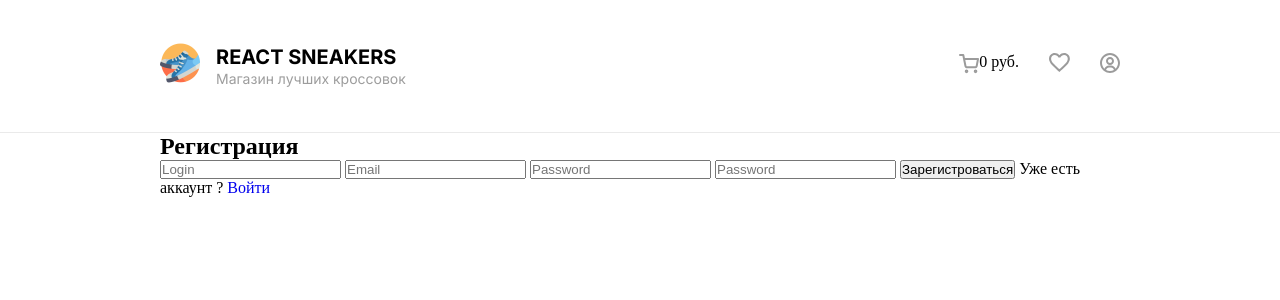
Repository: maxbirimkulov/sneakers20
Page: src/pages/register.html
The author's editor kept a copy of each file at every save. The page is drawn from the files as they stood at one save, then again after the next save.
The browser window is 1280 px wide. The pictures show the whole page.
The style sheet was rebuilt from its Sass, Less or Tailwind sources for each picture, by a compiler version that may differ from the author's.

Above is the page before, as saved 2022-11-12 20:40:21.

### src/pages/register.html
<!DOCTYPE html>
<html lang="en">
  <head>
    <meta charset="UTF-8" />
    <meta
      name="viewport"
      content="width=device-width, user-scalable=no, initial-scale=1.0, maximum-scale=1.0, minimum-scale=1.0"
    />
    <meta http-equiv="X-UA-Compatible" content="ie=edge" />
    <title>Document</title>
    <link rel="stylesheet" href="../css/style.css" />
  </head>
  <body>
    <div class="floor">
      <header class="header">
        <div class="container">
          <nav class="header__nav">
            <div class="header__logo">
              <img
                src="../images/mainLogo.png"
                alt="Logo"
                class="header__logo-img"
              />
              <div class="header__logo-text">
                <h1 class="header__logo-title">
                  <a href="../../index.html" class="header__logo-title-link"
                    >react sneakers</a
                  >
                </h1>
                <p class="header__logo-subtitle">
                  <a href="../../index.html" class="header__logo-subtitle"
                    >Магазин лучших кроссовок</a
                  >
                </p>
              </div>
            </div>
            <div class="header__links">
              <p class="header__links-basket">
                <span class="header__links-basket-logo"
                  ><svg
                    width="20"
                    height="20"
                    viewBox="0 0 20 20"
                    fill="none"
                    xmlns="http://www.w3.org/2000/svg"
                  >
                    <path
                      d="M7.54548 18.1818C7.99735 18.1818 8.36366 17.8155 8.36366 17.3636C8.36366 16.9118 7.99735 16.5455 7.54548 16.5455C7.09361 16.5455 6.72729 16.9118 6.72729 17.3636C6.72729 17.8155 7.09361 18.1818 7.54548 18.1818Z"
                      stroke="#9B9B9B"
                      stroke-width="2"
                      stroke-linecap="round"
                      stroke-linejoin="round"
                    />
                    <path
                      d="M16.5455 18.1818C16.9973 18.1818 17.3637 17.8155 17.3637 17.3636C17.3637 16.9118 16.9973 16.5455 16.5455 16.5455C16.0936 16.5455 15.7273 16.9118 15.7273 17.3636C15.7273 17.8155 16.0936 18.1818 16.5455 18.1818Z"
                      stroke="#9B9B9B"
                      stroke-width="2"
                      stroke-linecap="round"
                      stroke-linejoin="round"
                    />
                    <path
                      d="M1 1H4.27273L6.46545 11.9555C6.54027 12.3321 6.7452 12.6705 7.04436 12.9113C7.34351 13.1522 7.71784 13.2801 8.10182 13.2727H16.0545C16.4385 13.2801 16.8129 13.1522 17.112 12.9113C17.4112 12.6705 17.6161 12.3321 17.6909 11.9555L19 5.09091H5.09091"
                      stroke="#9B9B9B"
                      stroke-width="2"
                      stroke-linecap="round"
                      stroke-linejoin="round"
                    />
                  </svg>
                </span>
              </p>

              <p class="header__links-basket-text">
                <span class="total">0</span> руб.
              </p>
              <a
                href="./src/pages/favorites.html"
                class="header__links-favorites"
                ><span class="header__links-favorites-logo"
                  ><svg
                    width="21"
                    height="19"
                    viewBox="0 0 21 19"
                    fill="none"
                    xmlns="http://www.w3.org/2000/svg"
                  >
                    <path
                      d="M15.1003 0C16.7293 0 18.0976 0.54932 19.2052 1.64796C20.3129 2.7466 20.8668 4.08759 20.8668 5.67092C20.8668 6.44643 20.7039 7.23002 20.3781 8.02169C20.0523 8.81335 19.6939 9.51616 19.303 10.1301C18.912 10.744 18.2523 11.5357 17.3238 12.5051C16.3953 13.4745 15.6134 14.2581 14.9781 14.8559C14.3428 15.4537 13.3248 16.3665 11.9239 17.5944L10.4089 18.9515L8.89403 17.6429C7.52572 16.3827 6.51577 15.4537 5.8642 14.8559C5.21262 14.2581 4.42258 13.4745 3.49408 12.5051C2.56559 11.5357 1.90586 10.744 1.51492 10.1301C1.12397 9.51616 0.773748 8.81335 0.464249 8.02169C0.15475 7.23002 0 6.44643 0 5.67092C0 4.08759 0.553841 2.7466 1.66152 1.64796C2.7692 0.54932 4.12123 0 5.71759 0C7.60717 0 9.17095 0.727041 10.4089 2.18112C11.6469 0.727041 13.2107 0 15.1003 0ZM10.5067 16.0918C12.1031 14.6701 13.2677 13.6118 14.0008 12.9171C14.7338 12.2224 15.5401 11.3903 16.4198 10.4209C17.2994 9.45153 17.9102 8.60332 18.2523 7.87628C18.5944 7.14924 18.7654 6.41412 18.7654 5.67092C18.7654 4.63691 18.4152 3.78061 17.7148 3.10204C17.0143 2.42347 16.1428 2.08418 15.1003 2.08418C14.3184 2.08418 13.5772 2.31037 12.8768 2.76276C12.1764 3.21514 11.6795 3.79677 11.3863 4.50765H9.43158C9.17095 3.79677 8.69041 3.21514 7.98997 2.76276C7.28952 2.31037 6.53206 2.08418 5.71759 2.08418C4.67507 2.08418 3.81173 2.42347 3.12757 3.10204C2.44342 3.78061 2.10134 4.63691 2.10134 5.67092C2.10134 6.41412 2.26423 7.14924 2.59002 7.87628C2.91581 8.60332 3.52666 9.45153 4.42258 10.4209C5.3185 11.3903 6.13297 12.2224 6.866 12.9171C7.59902 13.6118 8.74743 14.6701 10.3112 16.0918L10.4089 16.1888L10.5067 16.0918Z"
                      fill="#9B9B9B"
                    />
                  </svg> </span
              ></a>
              <a href="" class="header__links-user"
                ><span class="header__links-user-logo"
                  ><svg
                    width="20"
                    height="20"
                    viewBox="0 0 20 20"
                    fill="none"
                    xmlns="http://www.w3.org/2000/svg"
                  >
                    <path
                      fill-rule="evenodd"
                      clip-rule="evenodd"
                      d="M0 10C0 4.579 4.579 0 10 0C15.421 0 20 4.579 20 10C20 13.19 18.408 16.078 16 17.924V18H15.898C14.23 19.245 12.187 20 10 20C7.813 20 5.77 19.245 4.102 18H4V17.924C1.592 16.078 0 13.189 0 10ZM7.12347 15.236C6.59154 15.6639 6.22136 16.2604 6.074 16.927C7.242 17.604 8.584 18 10 18C11.416 18 12.758 17.604 13.926 16.927C13.7785 16.2605 13.4082 15.6641 12.8764 15.2362C12.3445 14.8083 11.6827 14.5744 11 14.573H9C8.3173 14.5742 7.6554 14.808 7.12347 15.236ZM13.7677 13.4117C14.5877 13.9574 15.2286 14.7329 15.61 15.641C17.077 14.182 18 12.176 18 10C18 5.663 14.337 2 10 2C5.663 2 2 5.663 2 10C2 12.176 2.923 14.182 4.39 15.641C4.77144 14.7329 5.41227 13.9574 6.23227 13.4117C7.05227 12.866 8.01501 12.5742 9 12.573H11C11.985 12.5742 12.9477 12.866 13.7677 13.4117ZM6 8C6 5.72 7.72 4 10 4C12.28 4 14 5.72 14 8C14 10.28 12.28 12 10 12C7.72 12 6 10.28 6 8ZM8 8C8 9.178 8.822 10 10 10C11.178 10 12 9.178 12 8C12 6.822 11.178 6 10 6C8.822 6 8 6.822 8 8Z"
                      fill="#9B9B9B"
                    />
                  </svg> </span
              ></a>
            </div>
          </nav>
        </div>
      </header>
      <div class="container">
        <form class="register">
          <h2 class="register__title">Регистрация</h2>
          <input class="register__input" type="text" placeholder="Login" />
          <input class="register__input" type="email" placeholder="Email" />
          <input
            class="register__input"
            type="password"
            placeholder="Password"
          />
          <input
            class="register__input"
            type="password"
            placeholder="Password"
          />
          <button type="submit" class="register__btn">Зарегистроваться</button>
          <span>Уже есть аккаунт ? <a href="./login.html">Войти</a></span>
        </form>
      </div>
    </div>

    <script type="module" src="../js/register.js"></script>
  </body>
</html>

### src/js/register.js
import {changeUser, getUserFromLocalStorage} from './user.js'

getUserFromLocalStorage()


let formRegister = document.querySelector('.register')
formRegister.addEventListener('submit', (e) =>{
    e.preventDefault()

    let userData = {
        login:e.target[0].value,
        email:e.target[1].value,
        password:e.target[2].value
    }

    fetch('http://localhost:8080/register', {
        method: "POST",
        headers: {
            'Content-Type':  'application/json'
        },
        body: JSON.stringify(userData)
    }).then((res) => res.json())
        .then((res) => {
            changeUser({
                ...res.user,
                token: res.accessToken
            })
        })
        .catch((err) => console.log(err))

})

### src/js/user.js



export let user = {
    login : "",
    email : ""
}

export const getUserFromLocalStorage = () => {
    if (localStorage.getItem('user') !== null){
        user = JSON.parse(localStorage.getItem('user'))
    }
}


export const changeUser = (data) => {
    user = {...data}
    localStorage.setItem('user', JSON.stringify(user))
    location.href = 'http://localhost:63342/new%20project/index.html'
}

### src/css/style.scss
@import url('https://fonts.googleapis.com/css2?family=DM+Sans:wght@700&family=Inter:wght@400;500;600;700&display=swap');

* {
  margin: 0;
  padding: 0;
  box-sizing: border-box;
  text-decoration: none;
  list-style-type: none;
  transition: 0.3s;
}
.container {
  max-width: 1050px;
  padding: 0 45px;
  margin: 0 auto;
}
$int: 'inter', sans-serif;

@mixin text($ff, $fs, $fw, $fz, $lh, $col) {
  font-family: $ff;
  font-style: $fs;
  font-weight: $fw;
  font-size: $fz;
  @if $lh > 0 {
    line-height: $lh;
  }
  color: $col;
}
body,
.floor {
  background-color: #fff;
}
@import '_header.scss';
@import '_main.scss';
@import '_assort.scss';
@import '_basketPopup.scss';
@import '_card.scss';
@import '_basket.scss';
@import '_favorites.scss';
@import '_basketNone.scss';
@import '_register';

### src/css/_header.scss
.header {
  padding: 43px 0 45px;
  &__nav {
    display: flex;
    justify-content: space-between;
    align-items: center;
  }
  &__logo {
    display: flex;
    &-img {
      width: 40px;
      height: 40px;
    }
    &-text {
      margin-left: 16px;
    }
    &-title {
      &-link {
        @include text($int, normal, 700px, 20px, 0, #000000);
        text-transform: uppercase;
      }
    }
    &-subtitle {
      @include text($int, normal, 400, 14px, 0, #9d9d9d);
    }
  }
  &__links {
    display: flex;
    &-basket {
      display: flex;
      gap: 6px;
      align-items: center;
      @include text($int, normal, 600, 14px, 0, #5c5c5c);
      margin-left: 10px;
      cursor: pointer;
    }
    &-favorites {
      margin: 0 30px;
    }
  }
  border-bottom: 1px solid #eaeaea;
}

### src/css/_main.scss
.swiper {
  width: 100%;
  height: 100%;
}

.swiper-slide {
  display: -webkit-box;
  display: -ms-flexbox;
  display: -webkit-flex;
  display: flex;
  -webkit-box-pack: center;
  -ms-flex-pack: center;
  -webkit-justify-content: center;
  justify-content: center;
  -webkit-box-align: center;
  -ms-flex-align: center;
  -webkit-align-items: center;
  align-items: center;
}

.swiper__icon{
  &-next{
    background-color: white;
    border-radius: 50%;
    cursor: pointer;
    position: absolute;
    right: 0;
    top: 50%;
    transform: translateY(-50%),;
    z-index: 2;
    padding: 8px 14px;
    display: flex;
    justify-content: center;
    align-items: center;
    transition: 0.2s;
    -webkit-box-shadow: 0px 0px 11px 5px rgba(0, 0, 0, 0.01);
    -moz-box-shadow: 0px 0px 11px 5px rgba(0, 0, 0, 0.01);
    box-shadow: 0px 0px 11px 5px rgba(0, 0, 0, 0.01);
    &:hover{
      transition: 0.2s;
      -webkit-box-shadow: 0px 0px 11px 5px rgba(0, 0, 0, 0.07);
      -moz-box-shadow: 0px 0px 11px 5px rgba(0, 0, 0, 0.07);
      box-shadow: 0px 0px 11px 5px rgba(0, 0, 0, 0.07);
    }
  }
  &-prev{
    background-color: white;
    border-radius: 50%;
    position: absolute;
    left: 0;
    top: 50%;
    cursor: pointer;
    transform:translateY(-50%) rotate(180deg);
    z-index: 2;
    padding: 8px 14px;
    display: flex;
    justify-content: center;
    align-items: center;
    transition: 0.2s;
    -webkit-box-shadow: 0px 0px 11px 5px rgba(0, 0, 0, 0.01);
    -moz-box-shadow: 0px 0px 11px 5px rgba(0, 0, 0, 0.01);
    box-shadow: 0px 0px 11px 5px rgba(0, 0, 0, 0.01);
    &:hover{
      transition: 0.2s;
      -webkit-box-shadow: 0px 0px 11px 5px rgba(0, 0, 0, 0.07);
      -moz-box-shadow: 0px 0px 11px 5px rgba(0, 0, 0, 0.07);
      box-shadow: 0px 0px 11px 5px rgba(0, 0, 0, 0.07);
    }
  }
}

.main{
  &__swipe{
    &-block{
      background-color: #F4EFE9;
      border-radius: 20px;
      max-height: 300px;
      display: flex;
      align-items: center;
      justify-content: space-between;
      width: 100%;
    }
    &-box{
      position: relative;
      padding: 16px 0 20px 51px;
      min-height: 300px;
      &-scn{
        margin: 0;
        padding: 0;
        max-width: 641.18px;
      }
      &-desc{
        @include text($int,normal,700,38px,46px,#8BB43C);
        margin: 32px 17.45px 10.45px 35px;
        &-black{
          color: black;
        }
      }
      &-btn{
        position: absolute;
        padding: 14px 60px;
        border-radius: 110px;
        @include text($int,normal,700px,16px, 0, white);
        text-transform: uppercase;
        background-color: #A5D364;
        bottom: 45px;
        left: 27%;
        transform: translate(-50%, -50);
        transition: 0.2s;
        &:hover{
          transition: 0.2s;
          transform: scale(1.1);
        }
      }
      &-img{
        width: 100%;
      }
    }
  }
}

### src/css/_assort.scss
.main__assort {
  &-topContent {
    display: flex;
    flex-wrap: wrap;
    justify-content: space-between;
    padding: 37px 0 36px;
    width: 100%;
  }
  &-filter {
    display: flex;
    justify-content: space-between;
    align-items: center;
    gap: 10px;
  }
  &-select {
    background: transparent;
    border: 1px solid #bdbdbd;
    border-radius: 8px;
    padding: 0 10px;
    height: 40px;
  }
  &-form {
    margin: 15px 0 0;
    display: flex;
    align-items: center;
    position: relative;
    &-input {
      border-radius: 10px;
      border: 1px solid #bdbdbd;
      outline: none;
      padding: 13px 40px 15px 46px;
      max-width: 250px;
      &::-webkit-input-placeholder {
        color: #c4c4c4;
      }
      &::-moz-placeholder {
        color: #c4c4c4;
      }
      &:-ms-input-placeholder {
        color: #c4c4c4;
      }
      &::-ms-input-placeholder {
        color: #c4c4c4;
      }
      &::placeholder {
        color: #c4c4c4;
      }
      &::-webkit-search-cancel-button {
        position: absolute;
        right: 18px;
        cursor: pointer;
        color: #5c5c5c;
      }
    }
    &-icon {
      position: absolute;
      left: 18px;
      top: 50%;
      transform: translateY(-50%);
    }
  }
  &-title {
    @include text($int, normal, 700, 32px, 0, black);
  }
  &-mainContent {
    min-height: 700px;
    position: relative;
    display: flex;
    justify-content: center;
    align-items: center;
    flex-wrap: wrap;
    gap: 40px;
    &-shoes {
      border: 1px solid #bdbdbd;
      border-radius: 40px;
      padding: 20px 29px 34px 30px;
      max-width: 210px;
    }
    &-favorites {
      display: inline-block;
      position: absolute;
      border: 1px solid #f8f8f8;
      border-radius: 7px;
      padding: 9.6px 9.07px 3.59px;
      cursor: pointer;
      &:hover {
        transform: scale(1.13);
        background-color: rgba(253, 239, 239, 0.87);
        transition: 0.2s;
      }
      &-active {
        display: none;
        position: absolute;
        background-color: #fef0f0;
        border: 1px solid transparent;
        border-radius: 7px;
        padding: 9.6px 9.07px 3.59px;
        cursor: pointer;
      }
    }
    &-product {
      &-desc {
        @include text($int, normal, 400, 14px, 17px, black);
      }
      &-pricesDesc {
        margin-top: 14px;
        display: flex;
        justify-content: space-between;
        align-items: center;
        &-price {
          @include text($int, normal, 500, 11px, 13px, #bdbdbd);
          text-transform: uppercase;
        }
        &-cost {
          @include text($int, normal, 700, 14px, 17px, black);
        }
        &-addBask {
          cursor: pointer;
          display: inline-block;
          padding: 5.33px 8.33px;
          border: 1px solid #f2f2f2;
          border-radius: 8px;
          transition: 0.2s;
          &:hover {
            transform: scale(1.13);
            background-color: rgba(253, 239, 239, 0.87);
            transition: 0.2s;
          }
          &-active {
            cursor: pointer;
            max-height: 32px;
            max-width: 32px;
            padding: 5.33px 8.33px;
            border: 1px solid white;
            border-radius: 8px;
            background: linear-gradient(180deg, #89f09c 0%, #3cc755 100%);
            transition: 0.2s;
            &:hover {
              transform: scale(1.13);
              transition: 0.2s;
            }
          }
        }
      }
    }
  }
}

### src/css/_basketPopup.scss
.basket {
  transform: translateX(100%);
  background: rgba(0, 00, 000, 0.4);
  height: 100vh;
  width: 100vw;
  z-index: 100;
  position: fixed;
  left: 0;
  top: 0;
  bottom: 0;
  &__cards {
    margin-top: 20px;
    max-height: 400px;
    overflow-y:  scroll;
    display: flex;
    gap: 20px;
    flex-wrap: wrap;
  }

  &__card {
    position: relative;  width: 100%;  height: 120px;  padding: 0 30px;    background: #FFFFFF;  border: 1px solid #F3F3F3;  border-radius: 20px;  &:hover {
    box-shadow: 0px 14px 30px 0px rgba(0, 0, 0, 0.05);  }
    &-img {
      position: absolute;    left: 20px;    top: 50%;    transform: translateY(-50%);    max-width: 80px;  }
    &__name {
      position: absolute;    width: 133px;    height: 36px;    overflow: hidden;    left: 120px;    top: 30px;    font-family: 'Inter', sans-serif;    font-style: normal;    font-weight: 400;    font-size: 14px;    line-height: 17px;    color: #000000;  }
    &__sum {
      position: absolute;    left: 120px;    bottom: 30px;    font-family: 'Inter', sans-serif;    font-style: normal;    font-weight: 700;    font-size: 14px;color: #000000;  }
    &__X {
      position: absolute;    right: 20px;    top: 50%;    transform: translateY(-50%);    max-width: 70px;    cursor: pointer;  }
  }
  &.show {
    transform: translateX(0%);
  }
  &__content {
    display: flex;
    flex-direction: column;
    justify-content: space-between;
    background: #fff;
    position: fixed;
    padding: 30px;
    height: 100vh;
    width: 385px;
    top: 0;
    right: 0;
  }
  &__title {
    @include text($int, normal, 700, 24px, 29px, #000000);
  }
  &__text {
    display: flex;
    justify-content: space-between;
    margin-bottom: 19px;
    &:last-of-type {
      margin-bottom: 24px;
    }
    &-desc {
      @include text($int, normal, 400, 16px, 19px, #000000);
    }
    &-sum {
      @include text($int, normal, 600, 16px, 19px, #000000);
    }
  }
  &__btn {
    @include text($int, normal, 600, 16px, 19px, #fff);
    padding: 12px 0;
    background: #9dd558;
    border-radius: 18px;
    border: 1px solid #9dd558;
    width: 100%;
  }
}

.name {
  font-size: 30px;
  color: red;
  text-align: center;
}

### src/css/_card.scss
.info {
  background: antiquewhite;
  padding: 40px 0;
  &__block {
    display: flex;
    flex-wrap: wrap;
    -moz-column-gap: 40px;
         column-gap: 40px;
    row-gap: 40px;
  }
  &__card {
    width: calc(25% - 30px);
    background: #ffffff;
    border: 1px solid #f3f3f3;
    border-radius: 40px;
    padding: 20px 40px;
    cursor: pointer;
    transition: 0.2s;
    &:hover {
      background: #ffffff;
      border: 1px solid #f8f8f8;
      box-shadow: 0 14px 30px rgba(0, 0, 0, 0.05);
      border-radius: 40px;
      transition: 0.2s;
      transform: scale(1.05);
    }
  }
  &__desc {
    @include text($int, normal, 400, 14px, 17px, #000);
    margin: 14px 0;
  }
  &__bottom {
    display: flex;
    justify-content: space-between;
  }
  &__sel {
    @include text($int, normal, 500, 11px, 13px, #bdbdbd);
    text-transform: uppercase;
  }
  &__sum {
    @include text($int, normal, 700, 14px, 17px, #000);
  }
}

### src/css/_basket.scss
.basket__main{
  &-topContent{
    padding: 42px 0 40px;
    &-nav{
      display: flex;
      align-items: center;
      gap: 21px;
    }
    &-title{
      @include text($int, normal, 700, 32px, 0, black)
    }
    &-link{
      padding: 8px 14px;
      max-width: 35px;
      max-height: 35px;
      display: flex;
      justify-content: center;
      align-items: center;
      border: 1px solid #F2F2F2;
      border-radius: 8px;
    }
  }
  &-mainContent{
    &-assort{
      display: flex;
      flex-wrap: wrap;
      gap: 40px;
    }
  }
}

### src/css/_favorites.scss
.main__assort-mainContent-favorites{
  &-off{
    display: none;
  }
  &-on{
    display: inline-block;
  }
}

### src/css/_basketNone.scss
.basketNone__main {
  display: flex;
  justify-content: center;
  align-items: center;
  padding: 240px 0;
  &-none {
    display: flex;
    flex-wrap: wrap;
    justify-content: center;
    align-items: center;
    max-width: 280px;
    &-text{
      text-align: center;
    }
    &-title {
      margin-top: 24px;
      text-align: center;
      @include text($int, normal, 600, 24px, 0, black);
    }

    &-desc {
      text-align: center;
      margin: 11px 0 41px;
      @include text($int, normal, 400, 16px, 24px, black);
    }

    &-link {
      padding: 17px 40px 19px;
      background-color: #9DD458;
      border-radius: 18px;
      @include text($int, normal, 400, 16px, 0, white);

      &-icon {
        margin-right: 17px;

      }
    }
  }
}

Loaded but not shown: src/css/_register.scss (no stored copy; drawn as an empty file)

After the next save:
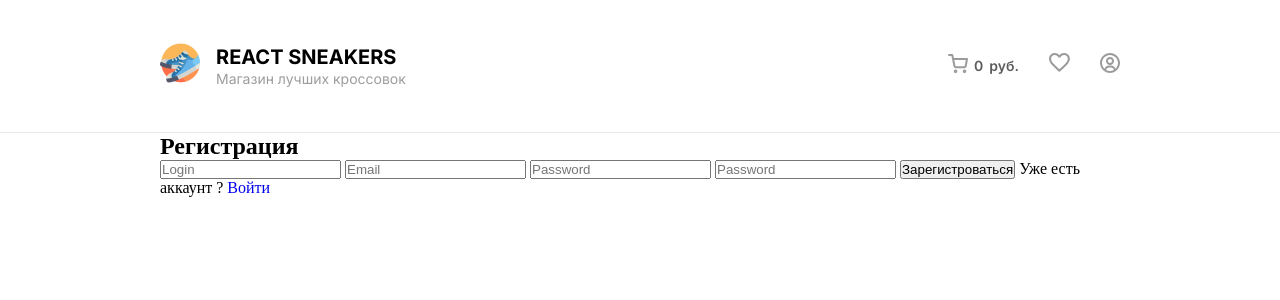
Saved 41 s later.
--- a/src/pages/register.html
+++ b/src/pages/register.html
@@ -17,18 +17,18 @@
           <nav class="header__nav">
             <div class="header__logo">
               <img
-                src="../images/mainLogo.png"
+                src="./src/images/mainLogo.png"
                 alt="Logo"
                 class="header__logo-img"
               />
               <div class="header__logo-text">
                 <h1 class="header__logo-title">
-                  <a href="../../index.html" class="header__logo-title-link"
+                  <a href="index.html" class="header__logo-title-link"
                     >react sneakers</a
                   >
                 </h1>
                 <p class="header__logo-subtitle">
-                  <a href="../../index.html" class="header__logo-subtitle"
+                  <a href="index.html" class="header__logo-subtitle"
                     >Магазин лучших кроссовок</a
                   >
                 </p>
@@ -67,9 +67,6 @@
                     />
                   </svg>
                 </span>
-              </p>
-
-              <p class="header__links-basket-text">
                 <span class="total">0</span> руб.
               </p>
               <a
@@ -89,7 +86,7 @@
                     />
                   </svg> </span
               ></a>
-              <a href="" class="header__links-user"
+              <a href="./src/pages/register.html" class="header__links-user"
                 ><span class="header__links-user-logo"
                   ><svg
                     width="20"
